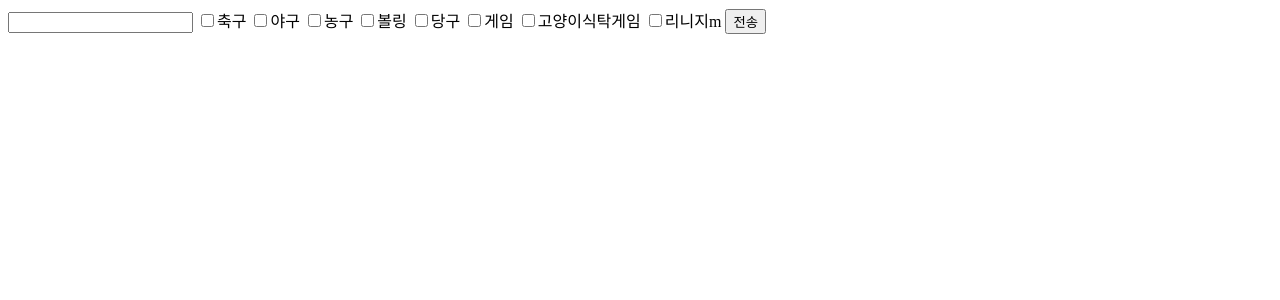
Repository: zero1128/20201113
Page: 20201104/WebContent/hobby.html
These files come from the project's save history. The page is drawn as it stood at one moment and after the next save; the edit follows.
The browser window is 1280 px wide. The pictures show the whole page.

Above is the page before, as saved 2020-11-04 00:28:35.

After the next save:
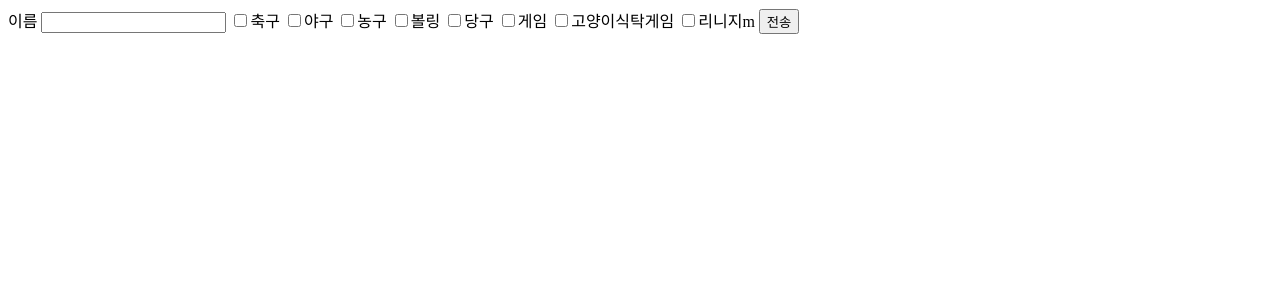
Saved 14 s later.
--- a/20201104/WebContent/hobby.html
+++ b/20201104/WebContent/hobby.html
@@ -6,7 +6,7 @@
 </head>
 <body>
 	<form action="HobbyServlet">
-		<input type="text" name="name"/>
+		이름 <input type="text" name="name"/>
 		<input type="checkbox" name="hobby" value="축구"/>축구
 		<input type="checkbox" name="hobby" value="야구"/>야구
 		<input type="checkbox" name="hobby" value="농구"/>농구
